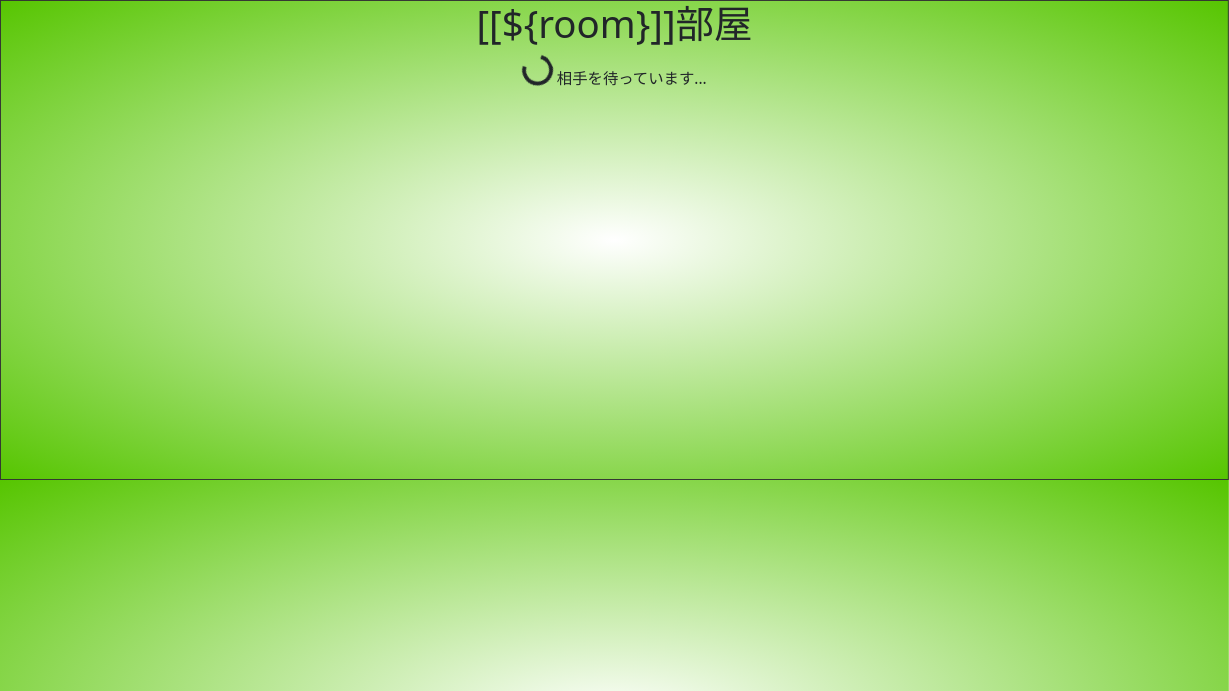
Repository: e1b21074/field_arena
Page: .log/field_arena/src/main/resources/templates/room.html
These files come from the project's save history. The page is drawn as it stood at one moment and after the next save; the edit follows.
The browser window is 1280 px wide. The pictures show the whole page, at 96% of full size.
The page's requests for data from a server got no answer.

Above is the page before, as saved 2024-01-05 23:57:25.

### .log/field_arena/src/main/resources/templates/room.html
<!DOCTYPE html>
<html lang="en">

<head>
  <meta charset="UTF-8">
  <meta name="viewport" content="width=device-width, initial-scale=1.0">

  <!-- bootstrap CSS -->
  <link href="https://cdn.jsdelivr.net/npm/bootstrap@5.0.2/dist/css/bootstrap.min.css" rel="stylesheet"
    integrity="sha384-EVSTQN3/azprG1Anm3QDgpJLIm9Nao0Yz1ztcQTwFspd3yD65VohhpuuCOmLASjC" crossorigin="anonymous">

  <title>カードゲーム</title>
  <script>
    window.onload=function(){
      var sse = new EventSource('/start');
        sse.onmessage=function(event){
          var game=JSON.parse(event.data);
          location.href = "/game?roomid=" + game.id;
        }
    }
  </script>

  <style>
  .gradient {
    background:radial-gradient(#fff, #56C500);
    height: 500px;
    border: 1px solid #333;
 }
  </style>
</head>
<body class="gradient">
  <center>
    <h1>[[${room}]]部屋</h1>
    <div id="game">
      <nobr class="spinner-border" role="status">
        <span class="visually-hidden">Loading...</span>
      </nobr>
      相手を待っています...
    </div>
  </center>

  <script src="https://cdn.jsdelivr.net/npm/bootstrap@5.0.2/dist/js/bootstrap.bundle.min.js"
    integrity="sha384-MrcW6ZMFYlzcLA8Nl+NtUVF0sA7MsXsP1UyJoMp4YLEuNSfAP+JcXn/tWtIaxVXM"
    crossorigin="anonymous"></script>

</body>
</html>

After the next save:
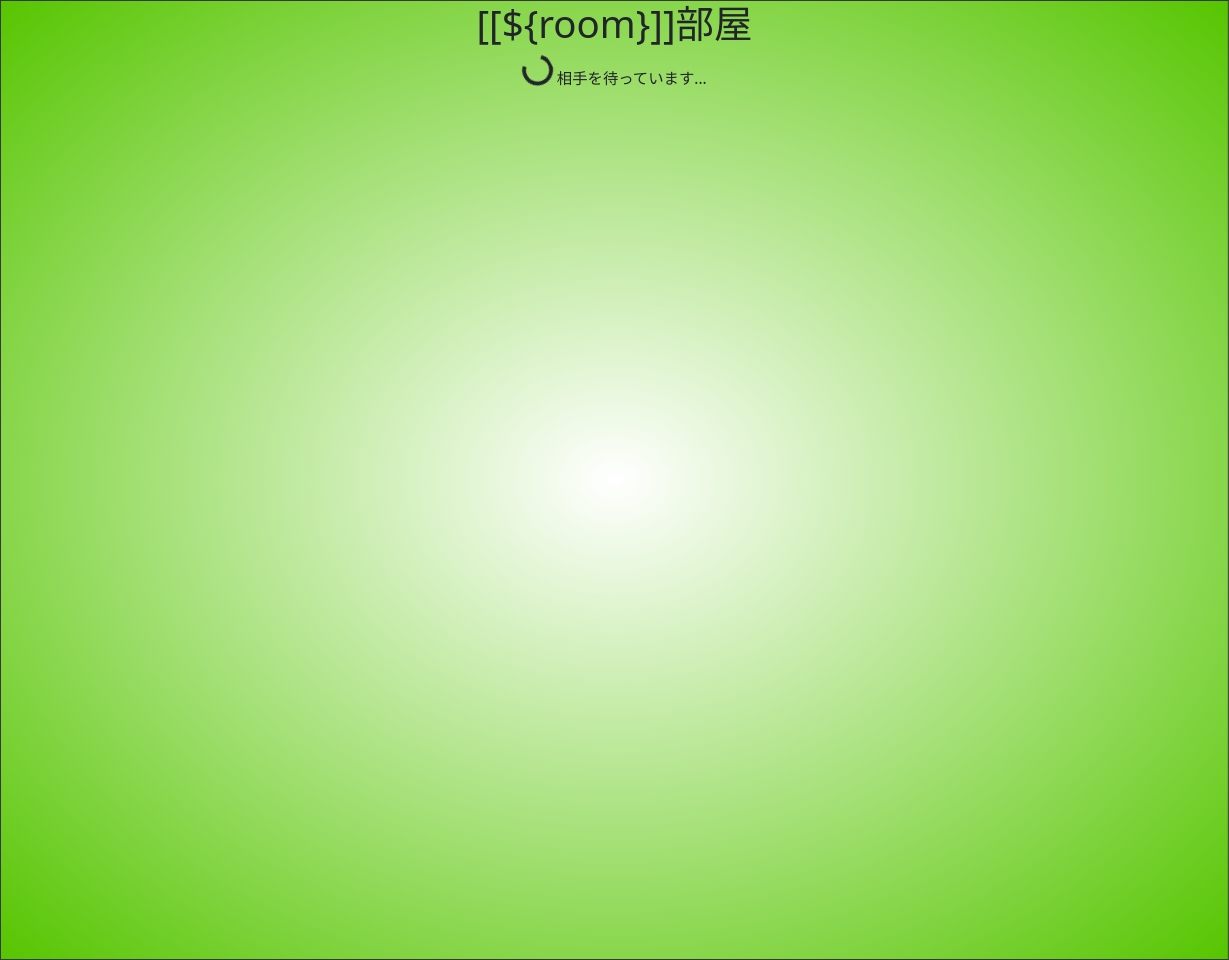
Saved 33 s later.
--- a/.log/field_arena/src/main/resources/templates/room.html
+++ b/.log/field_arena/src/main/resources/templates/room.html
@@ -23,7 +23,7 @@
   <style>
   .gradient {
     background:radial-gradient(#fff, #56C500);
-    height: 500px;
+    height: 1000px;
     border: 1px solid #333;
  }
   </style>
